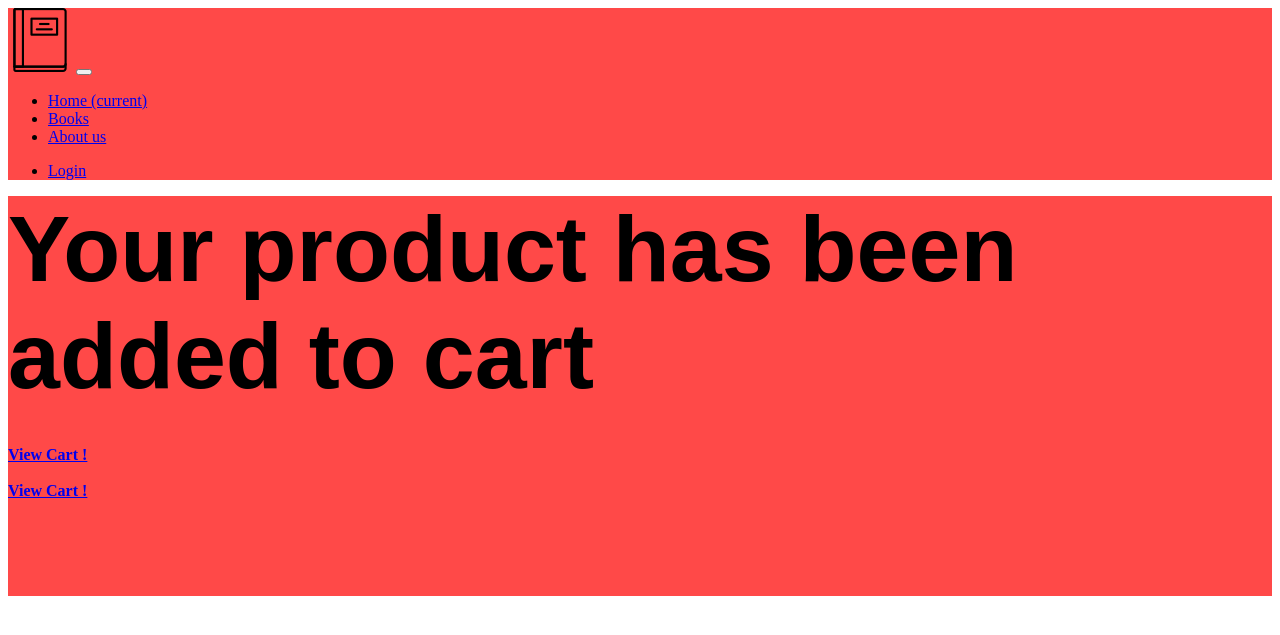
Repository: abhishekgandhi2398/BookStore
Page: http://localhost/BookStore/addedtocart.jsp
The author's editor kept a copy of each file at every save. The page is drawn from the files as they stood at one save, then again after the next save.
The browser window is 1280 px wide. The pictures show the whole page.
The page is served by Tomcat 9. Other server files are loaded and not shown.

Above is the page before, as saved 2019-12-06 12:58:16.

### ProjectJava/BookStore/WebContent/addedtocart.jsp
<%@ page language="java" contentType="text/html; charset=ISO-8859-1"
    pageEncoding="ISO-8859-1"
     import="com.BookStore.Dao.*,com.BookStore.User.*,java.util.*" %>
<%@ taglib prefix="c" uri="http://java.sun.com/jsp/jstl/core" %>

<!DOCTYPE html>
<html>
<head>
<meta charset="ISO-8859-1">
<title>Insert title here</title>
</head>
<body>

<nav class="navbar navbar-expand-lg navbar-light" style="background-color: #FF4948">
  <img src="img/logo.png" class="navbar-brand">
  <button class="navbar-toggler" type="button" data-toggle="collapse" data-target="#navbarTogglerDemo02" aria-controls="navbarTogglerDemo02" aria-expanded="false" aria-label="Toggle navigation">
    <span class="navbar-toggler-icon"></span>
  </button>

  <div class="collapse navbar-collapse" id="navbarTogglerDemo02">
    <ul class="navbar-nav mr-auto mt-2 mt-lg-0">
      <li class="nav-item active">
        <a class="nav-link" href="1.jsp">Home <span class="sr-only">(current)</span></a>
      </li>
      <li class="nav-item">
        <a class="nav-link" href="User_Products.jsp">Books</a>
      </li>
      <li class="nav-item">
        <a class="nav-link" href="#">About us</a>
      </li>
    </ul>

    <form class="form-inline my-2 my-lg-0">
        <ul class="navbar-nav mr-auto mt-2 mt-lg-0">

     <%
String q=(String)session.getAttribute("mobno");

if(q==null)
{
     %>
       <li class="nav-item">
        <a class="nav-link" href="ulogin.jsp">Login</a>
      </li>
<%}
else
{ %>
      <li class="nav-item">
        <a class="nav-link" href="vc.jsp">View Cart</a>
      </li>
      <li class="nav-item">
        <a class="nav-link" href="vieworderuser.jsp">View Orders</a>
      </li>
        <li class="nav-item">
        <a class="nav-link" href="ulogout.jsp">Logout</a>
      </li>

  <%      }


%>
      </ul>


    </form>
  </div>
</nav>


<div style="background-color: #FF4948; height: 250px; width: 100%;" class="d-flex justify-content-center  align-items-center">

		<b style="font-family: sans-serif; font-size: 70pt;">Your product has been added to cart</b>

</div>


<div style="background-color: #FF4948; height: 150px; width: 100%;" class="d-flex justify-content-center  align-items-center">
		<a href="vc.jsp" class="btn btn-dark" style="height: 80x; width: 350px;"><b>View Cart !</b></a>
		<br>
		<br>
		<a href="User_Products.jsp" class="btn btn-dark" style="height: 80x; width: 350px;"><b>View Cart !</b></a>


<br>
<br>
<br>
<br>

</div>

<br>

</body>
</html>

After the next save:
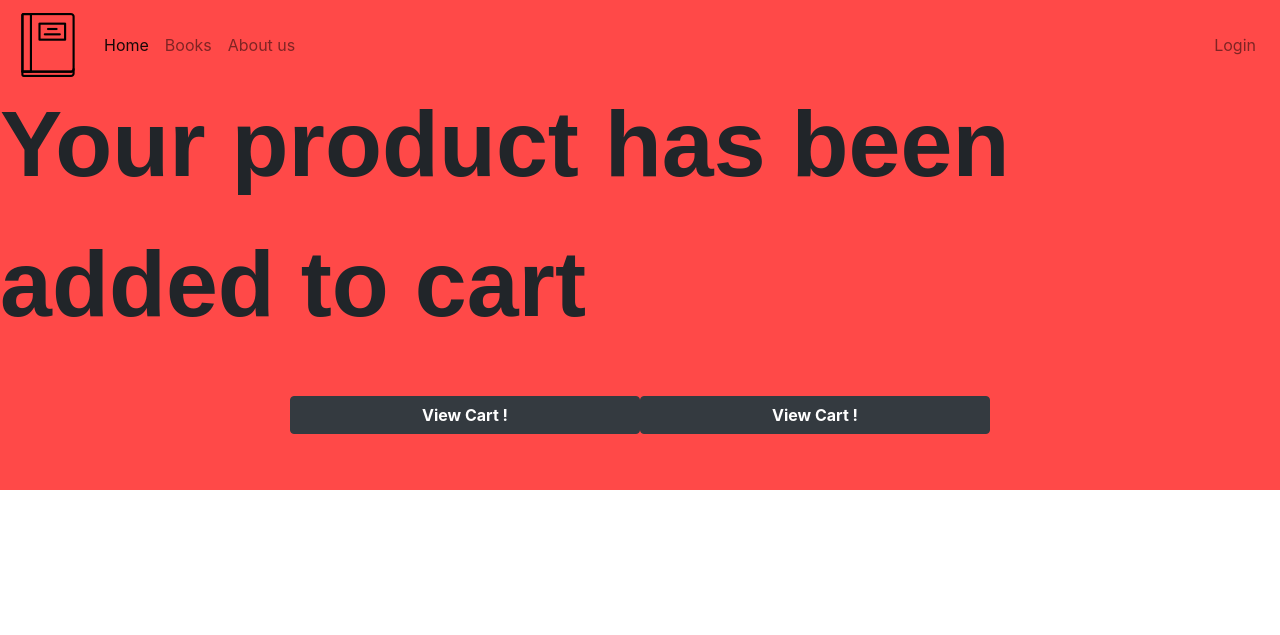
Console error: TypeError: Cannot read properties of undefined (reading 'fn')
Saved 14 s later.
--- a/ProjectJava/BookStore/WebContent/addedtocart.jsp
+++ b/ProjectJava/BookStore/WebContent/addedtocart.jsp
@@ -7,6 +7,9 @@
 <html>
 <head>
 <meta charset="ISO-8859-1">
+<link rel="stylesheet" href="https://maxcdn.bootstrapcdn.com/bootstrap/4.0.0/css/bootstrap.min.css">
+<script src="https://maxcdn.bootstrapcdn.com/bootstrap/4.0.0/js/bootstrap.min.js"></script>
+
 <title>Insert title here</title>
 </head>
 <body>
